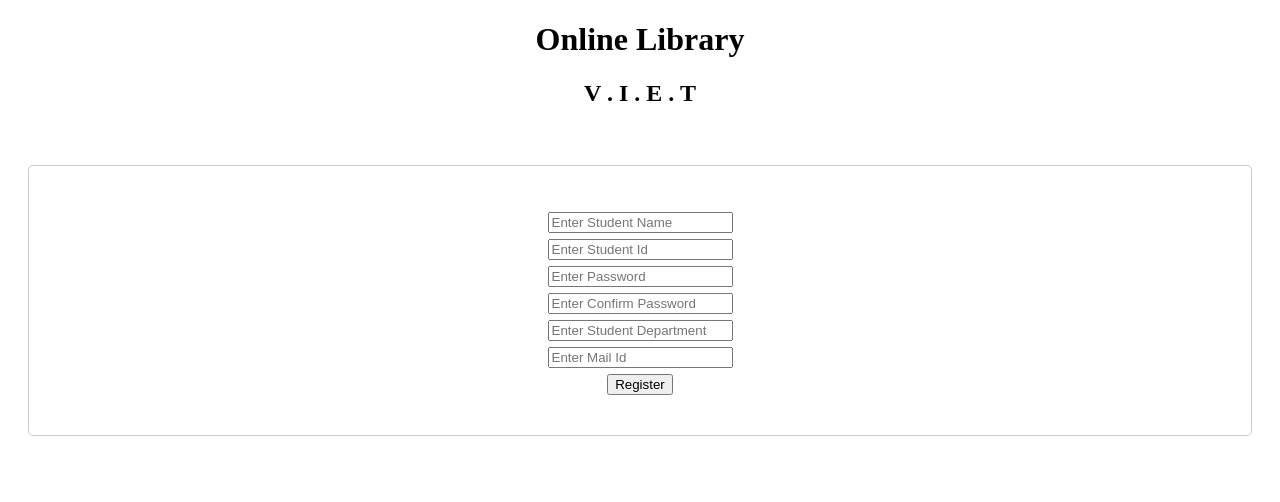
Repository: realrishiiscool/test1
Page: onlineLibStore/src/main/webapp/Register.html
These files come from the project's save history. The page is drawn as it stood at one moment and after the next save; the edit follows.
The browser window is 1280 px wide. The pictures show the whole page.

Above is the page before, as saved 2024-03-22 12:16:18.

### onlineLibStore/src/main/webapp/Register.html

<!DOCTYPE html>
<html>
<head>
<meta charset="ISO-8859-1">
<title>book1 page</title>
<link rel="stylesheet" type="text/css" href="style.css">
<script src="validation.js"></script> <!-- Include the JavaScript file here -->
</head>
<body>
<div class="heading">
    <h1 align="center">Online Library</h1>
    <h2 align="center" >V . I . E . T</h2>
</div>
<br />
<div style="margin: 20px; padding: 20px; border: 1px solid #ccc; border-radius: 5px;">
    <h2 align="center">
        <form name="registrationForm" action="Register.jsp" onsubmit="return validateForm()">
            <input type="text" name="s_name" placeholder="Enter Student Name"><br>
            <input type="text" name="s_id" placeholder="Enter Student Id"><br>
            <input type="password" name="s_pwd" placeholder="Enter Password"><br>
            <input type="password" name="s_cpwd" placeholder="Enter Confirm Password"><br>
            <input type="text" name="s_dept" placeholder="Enter Student Department"><br>
            <input type="email" name="s_mail" placeholder="Enter Mail Id"><br>
            <input type="submit" value="Register">
        </form>
    </h2>
</div>
</body>
</html>

Loaded but not shown: onlineLibStore/src/main/webapp/style.css (no copy from this time; the picture is the same without it); onlineLibStore/src/main/webapp/validation.js (no copy from this time; the picture is the same without it)

After the next save:
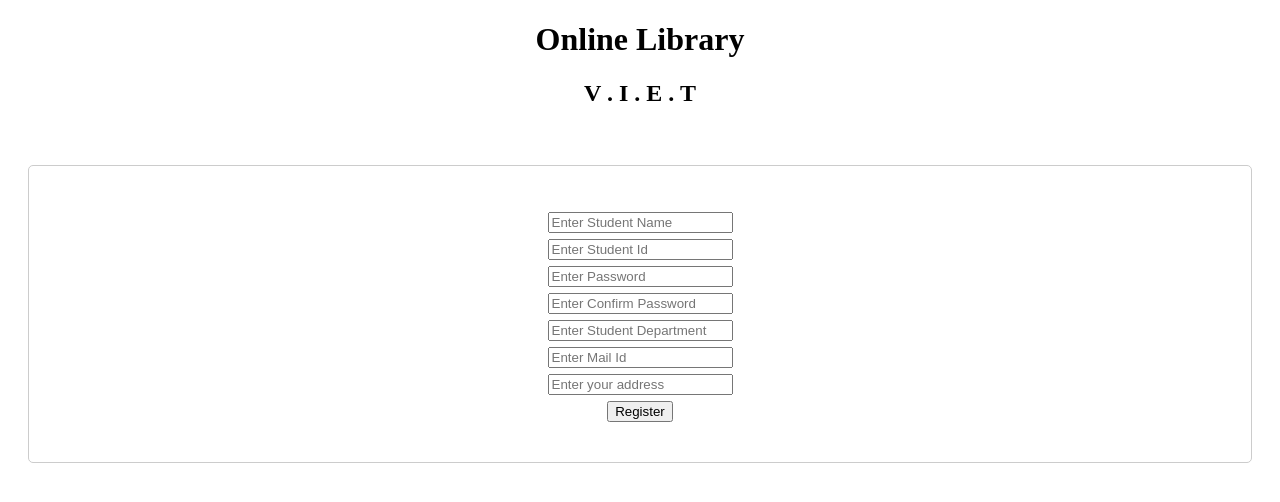
Saved 81 s later.
--- a/onlineLibStore/src/main/webapp/Register.html
+++ b/onlineLibStore/src/main/webapp/Register.html
@@ -22,6 +22,7 @@
             <input type="password" name="s_cpwd" placeholder="Enter Confirm Password"><br>
             <input type="text" name="s_dept" placeholder="Enter Student Department"><br>
             <input type="email" name="s_mail" placeholder="Enter Mail Id"><br>
+            <input type="text" name="s_address" placeholder="Enter your address"><br>
             <input type="submit" value="Register">
         </form>
     </h2>
